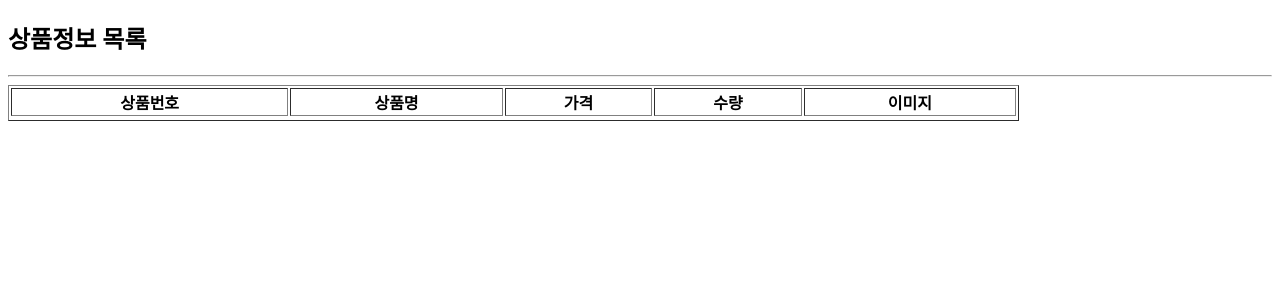
Repository: MegiLove/html_css
Page: http://localhost/day1130/listGoods_db.jsp
The author's editor kept a copy of each file at every save. The page is drawn from the files as they stood at one save, then again after the next save.
The browser window is 1280 px wide. The pictures show the whole page.
The page is served by Tomcat 9. Queries for data that is not in the repository find no rows.

Above is the page before, as saved 2021-11-30 02:29:10.

After the next save:
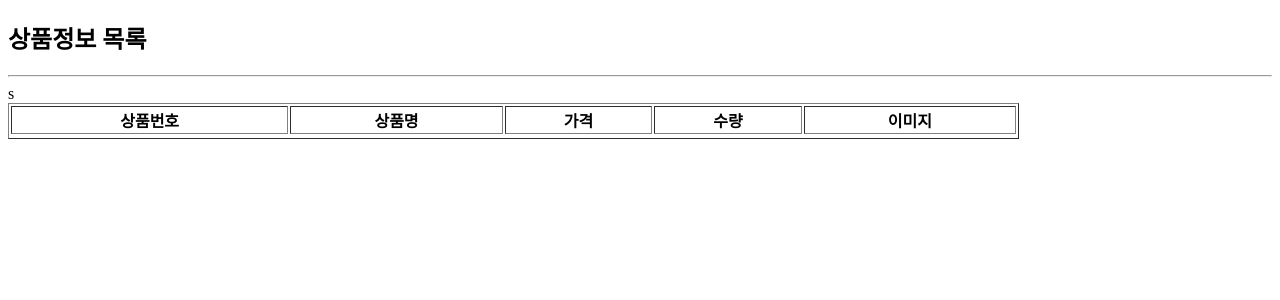
Saved 12 s later.
--- a/day1130/src/main/webapp/listGoods_db.jsp
+++ b/day1130/src/main/webapp/listGoods_db.jsp
@@ -2,7 +2,7 @@
 <%@page import="com.sist.dao.GoodsDAO"%>
 <%@page import="java.util.ArrayList"%>
 <%@ page language="java" contentType="text/html; charset=EUC-KR"
-    pageEncoding="EUC-KR"%>
+	pageEncoding="EUC-KR"%>
 <!DOCTYPE html>
 <html>
 <head>
@@ -11,34 +11,37 @@
 </head>
 <body>
 	<%
-	GoodsDAO dao= new GoodsDAO();
-	ArrayList<GoodsVO> list= dao.listGoods();
+	GoodsDAO dao = new GoodsDAO();
+	ArrayList<GoodsVO> list = dao.listGoods();
 	%>
 
 	<h2>상품정보 목록</h2>
 	<hr>
 	<table border="1" width=80%>
-	<thead>
-		<tr>
-			<th>상품번호</th>
-			<th>상품명</th>
-			<th>가격</th>
-			<th>수량</th>
-			<th>이미지</th>
-		</tr>
-	</thead>
-	<tbody>
-		<tr>
-		<%for(GoodsVO g:list){
-			%>
-			<td><%=g.getNo() %></td>
-			<td><%=g.getName() %></td>
-			<td><%=g.getPrice() %></td>
-			<td><%=g.getQty() %></td>
-			<td><img src="images/<%=g.getFname() %>" width="100" height="100"></td>
+		<thead>
+			<tr>
+				<th>상품번호</th>
+				<th>상품명</th>
+				<th>가격</th>
+				<th>수량</th>
+				<th>이미지</th>
+			</tr>
+		</thead>
+		<tbody>
+			<tr>
+				<%
+				for (GoodsVO g : list) {
+				%>
+				<td><%=g.getNo()%></td>
+				<td><%=g.getName()%></td>
+				<td><%=g.getPrice()%></td>
+				<td><%=g.getQty()%></td>
+				<td><img src="images/<%=g.getFname()%>" width="100"
+					height="100"></td>
 			</tr>
 			<%
-		} %>
+			}
+			%>s
 		</tbody>
 
 	</table>

After the save that followed:
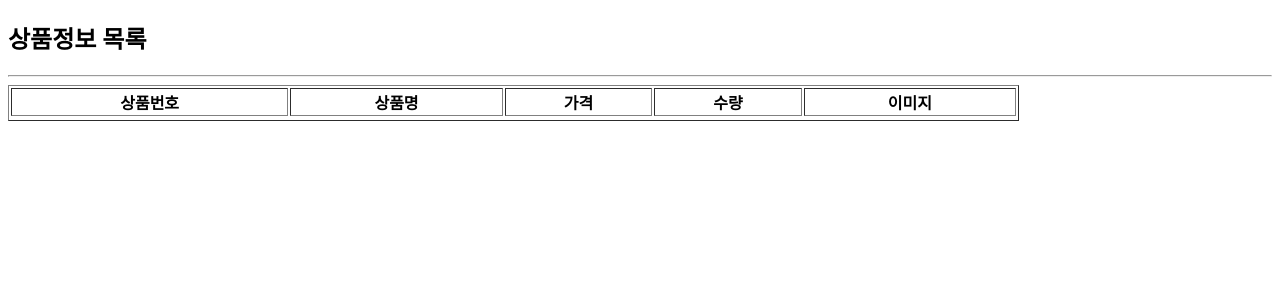
Saved 9 s later.
--- a/day1130/src/main/webapp/listGoods_db.jsp
+++ b/day1130/src/main/webapp/listGoods_db.jsp
@@ -41,7 +41,7 @@
 			</tr>
 			<%
 			}
-			%>s
+			%>
 		</tbody>
 
 	</table>
